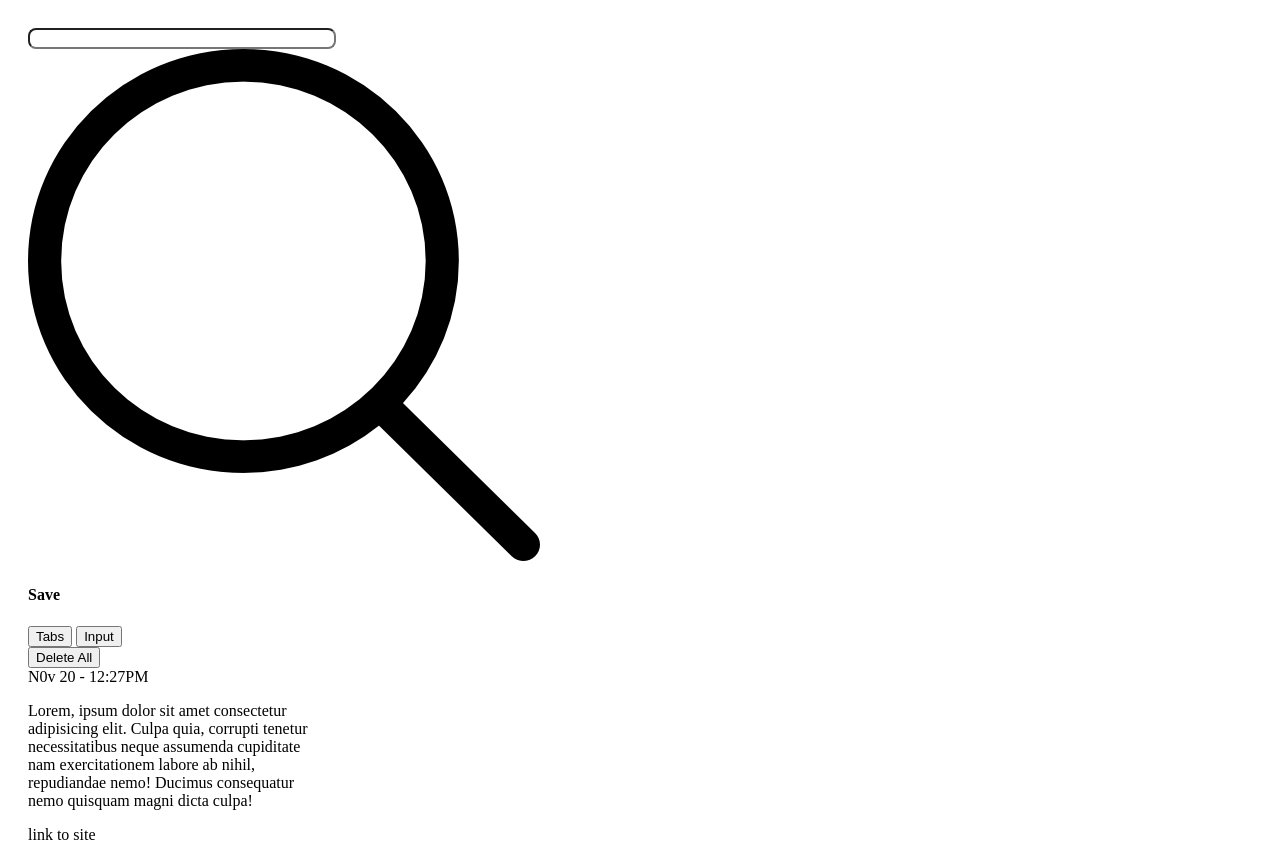
Repository: IdowuMicheal-1/Text-Tab-Organizer
Page: popup.html
These files come from the project's save history. The page is drawn as it stood at one moment and after the next save; the edit follows.
The browser window is 1280 px wide. The pictures show the whole page.

Above is the page before, as saved 2025-05-14 09:50:12.

### popup.html
<!DOCTYPE html>
<html lang="en">
  <head>
    <meta charset="UTF-8" />
    <meta name="viewport" content="width=device-width, initial-scale=1.0" />
    <link rel="stylesheet" href="./popup.css" />
    <title>Tabs</title>
  </head>
  <body>
    <div>
      <input type="text" class="text-ipt"/>
      <img src="./assets/search.png" />
      <div>
        <div>
          <h4>Save</h4>
          <button>Tabs</button>
          <button>Input</button>
        </div>
        <button>Delete All</button>
      </div>
      <div>
        <div>N0v 20 - 12:27PM</div>

        <p>
          Lorem, ipsum dolor sit amet consectetur adipisicing elit. Culpa quia,
          corrupti tenetur necessitatibus neque assumenda cupiditate nam
          exercitationem labore ab nihil, repudiandae nemo! Ducimus consequatur
          nemo quisquam magni dicta culpa!
        </p>
        <p>link to site</p>
      </div>
    </div>
    <script src="./popup.js"></script>
  </body>
</html>

### popup.css
body {
  width: 300px;
  padding: 20px;
  height: 100px;
  min-height: 100px;
}

.text-ipt{
    width: 100%;
    border-radius: 8px;
    padding: ;
}

Loaded but not shown: popup.js (no copy from this time; the picture is the same without it)

After the next save:
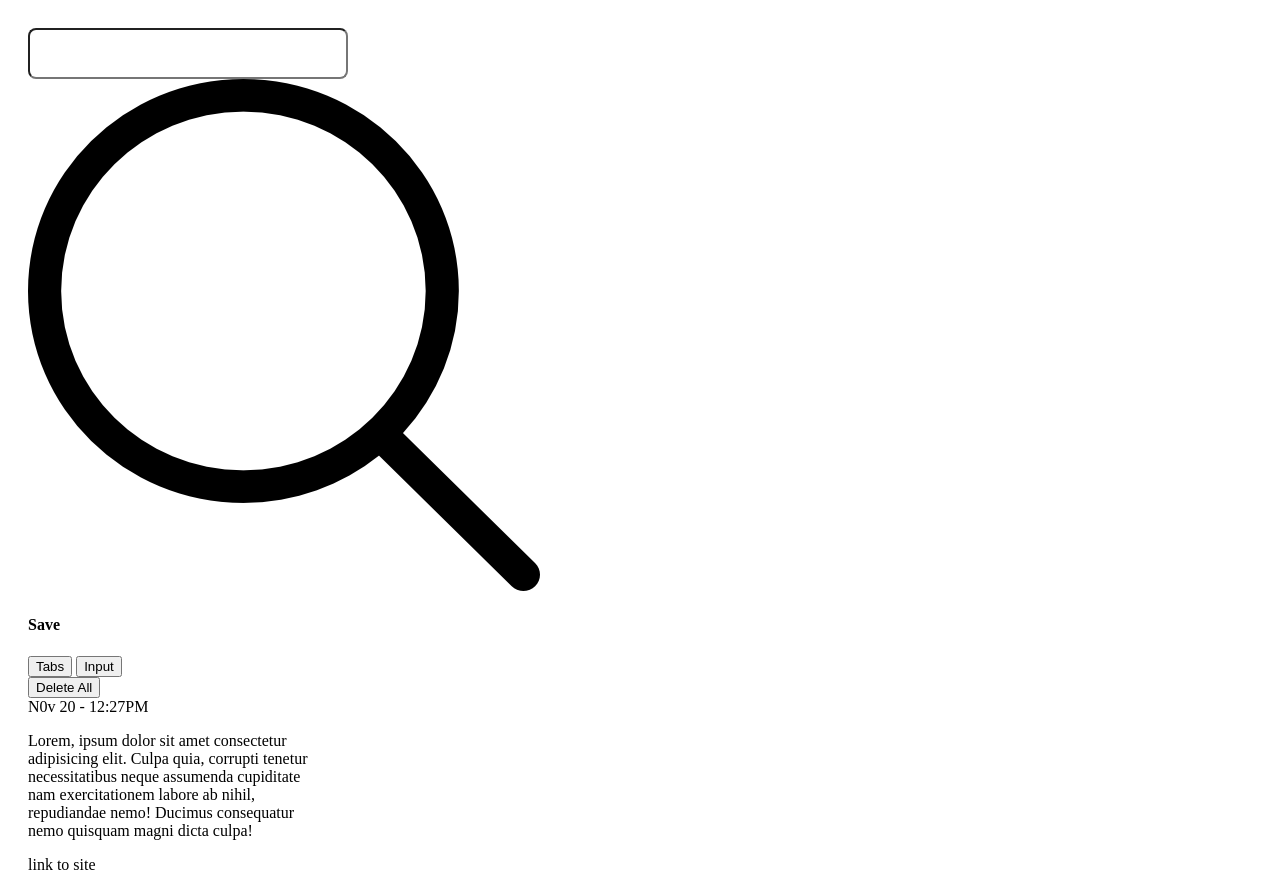
Saved 5 s later.
--- a/popup.css
+++ b/popup.css
@@ -8,5 +8,5 @@ body {
 .text-ipt{
     width: 100%;
     border-radius: 8px;
-    padding: ;
+    padding: 16px 8px;
 }
